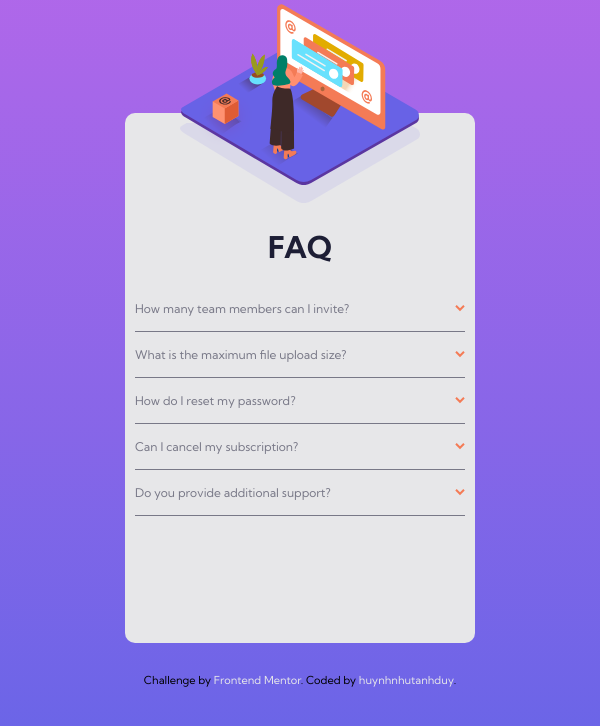
Repository: huynhnhutanhduy/faq-accordion-card
Page: index.html
The author's editor kept a copy of each file at every save. The page is drawn from the files as they stood at one save, then again after the next save.
The browser window is 600 px wide. The pictures show the whole page.

Above is the page before, as saved 2022-10-23 00:12:45.

### index.html
<!DOCTYPE html>
<html lang="en">
  <head>
    <meta charset="UTF-8" />
    <meta name="viewport" content="width=device-width, initial-scale=1.0" />
    <link rel="icon" type="image/png" sizes="32x32" href="./images/favicon-32x32.png" />
    <title>Frontend Mentor | FAQ Accordion Card</title>
    <link rel="preconnect" href="https://fonts.googleapis.com" />
    <link rel="preconnect" href="https://fonts.gstatic.com" crossorigin />
    <link
      href="https://fonts.googleapis.com/css2?family=Kumbh+Sans:wght@400;700&display=swap"
      rel="stylesheet"
    />
    <link rel="stylesheet" href="./app.css" />
  </head>
  <body>
    <main>
      <article class="card">
        <div class="card-media">
          <div class="card-img"></div>
          <img src="./images/illustration-box-desktop.svg" alt="box-icon" class="card-box" />
        </div>
        <div class="card-content">
          <h1 class="card-title">faq</h1>
          <div class="card-list">
            <div class="card-item">
              <div class="card-item__header">
                <span class="card-item__title">How many team members can I invite? </span>
                <img src="./images/icon-arrow-down.svg" alt="" class="card-item__icon" />
              </div>
              <div class="card-item__content">
                <div class="card-item__content-inner">
                  You can invite up to 2 additional users on the Free plan. There is no limit
                  on team members for the Premium plan.
                </div>
              </div>
            </div>
            <div class="card-item">
              <div class="card-item__header">
                <span class="card-item__title">What is the maximum file upload size? </span>
                <img src="./images/icon-arrow-down.svg" alt="" class="card-item__icon" />
              </div>
              <div class="card-item__content">
                <div class="card-item__content-inner">
                  No more than 2GB. All files in your account must fit your allotted storage
                  space.
                </div>
              </div>
            </div>
            <div class="card-item">
              <div class="card-item__header">
                <span class="card-item__title">How do I reset my password? </span>
                <img src="./images/icon-arrow-down.svg" alt="" class="card-item__icon" />
              </div>
              <div class="card-item__content">
                <div class="card-item__content-inner">
                  Click “Forgot password” from the login page or “Change password” from your
                  profile page. A reset link will be emailed to you.
                </div>
              </div>
            </div>
            <div class="card-item">
              <div class="card-item__header">
                <span class="card-item__title">Can I cancel my subscription? </span>
                <img src="./images/icon-arrow-down.svg" alt="" class="card-item__icon" />
              </div>
              <div class="card-item__content">
                <div class="card-item__content-inner">
                  Yes! Send us a message and we’ll process your request no questions asked.
                </div>
              </div>
            </div>
            <div class="card-item">
              <div class="card-item__header">
                <span class="card-item__title">Do you provide additional support? </span>
                <img src="./images/icon-arrow-down.svg" alt="" class="card-item__icon" />
              </div>
              <div class="card-item__content">
                <div class="card-item__content-inner">
                  Chat and email support is available 24/7. Phone lines are open during normal
                  business hours.
                </div>
              </div>
            </div>
          </div>
        </div>
      </article>
    </main>
    <footer class="attribution">
      Challenge by
      <a href="https://www.frontendmentor.io?ref=challenge" target="_blank">Frontend Mentor</a
      >. Coded by <a href="https://github.com/huynhnhutanhduy">huynhnhutanhduy</a>.
    </footer>

    <script src="./app.js"></script>
  </body>
</html>

### app.css
:root {
  --very-dark-desaturated-blue: hsl(238, 29%, 16%);
  --soft-red: hsl(14, 88%, 65%);
  --soft-violet: hsl(273, 75%, 66%);
  --soft-blue: hsl(240, 73%, 65%);
  --very-dark-grayish-blue: hsl(237, 12%, 33%);
  --dark-grayish-blue: hsl(240, 6%, 50%);
  --light-grayish-blue: hsl(240, 5%, 91%);
  --scrollHeight: 45px;
}
* {
  margin: 0;
  padding: 0;
  border: 0;
}
*,
*::before,
*::after,
html {
  box-sizing: border-box;
}
html {
  font-size: 62.5%;
}
body {
  font-size: 1.2rem;
  font-weight: normal;
  font-family: "Kumbh Sans", sans-serif;
  background-image: linear-gradient(var(--soft-violet), var(--soft-blue));
  margin: 0;
  height: 100vh;
  width: 100vw;
  display: grid;
  justify-content: center;
  align-content: center;
}
a {
  text-decoration: none;
}
img {
  display: block;
  max-width: 100%;
}

.attribution {
  font-size: 11px;
  text-align: center;
}
.attribution a {
  color: var(--light-grayish-blue);
}

.card {
  border-radius: 1rem;
  margin-bottom: 3rem;
  background-color: var(--light-grayish-blue);
  height: 510px;
  width: 920px;
  display: grid;
  grid-template-columns: 400px 1fr;
  grid-gap: 5rem;
  background-image: url("./images/bg-pattern-desktop.svg");
  background-repeat: no-repeat;
  background-position: 1260% 65%;
}
.card-media {
  position: relative;
}
.card-img {
  background: url("./images/illustration-woman-online-desktop.svg");
  height: 100%;
  background-repeat: no-repeat;
  background-position: 105% center;
}
.card-box {
  position: absolute;
  top: 42%;
  left: -23%;
}
.card-content {
  padding: 8rem 8rem 9rem 0;
}
.card-title {
  text-transform: uppercase;
  margin-bottom: 2rem;
  font-size: 3rem;
  color: var(--very-dark-desaturated-blue);
}
.card-item {
  padding-top: 1.5rem;
  border-bottom: 1px solid var(--dark-grayish-blue);
}
.card-item__header {
  display: flex;
  justify-content: space-between;
  font-size: 1.5rem;
  padding-bottom: 1.5rem;
  cursor: pointer;
  transition: all 0.25s linear;
  align-items: center;
}
.card-item__icon {
  width: 10px;
  height: 7px;
}
.card-item__header > * {
  pointer-events: none;
}
.card-item__header,
.card-item__content {
  color: var(--dark-grayish-blue);
}
.card-item__header-icon {
  color: var(--soft-red);
}
.card-item__content {
  height: 0;
  overflow: hidden;
  transition: all 0.25s linear;
}
.active span {
  color: var(--very-dark-desaturated-blue);
  font-weight: 700;
}
.active img {
  transform: rotate(180deg);
  transition: all 0.25s linear;
}
.active .card-item__content {
  height: var(--scrollHeight);
}
.card-item__content-inner {
  margin-bottom: 1.5rem;
}
@media screen and (max-width: 1024px) {
  .card {
    width: 70rem;
    height: 45rem;
    grid-template-columns: 300px 1fr;
    grid-gap: 2rem;
    background-position: 500% 65%;
  }
}
@media screen and (max-width: 767px) {
  .card {
    width: 350px;
    grid-template-columns: 1fr;
    grid-template-rows: 100px 1fr;
    grid-gap: 0.5rem;
    height: 530px;
    padding: 1rem;
    position: relative;
  }
  .card-media {
    background: url("./images/bg-pattern-mobile.svg");
    background-repeat: no-repeat;
    background-position: center 590%;
  }
  .card-img {
    position: absolute;
    width: 100%;
    height: 200px;
    background-size: 72%;
    background-position: center;
    top: -129%;
  }
  .card-box {
    width: 55px;
    left: 19%;
    top: -30%;
  }
  .card-content {
    padding: 0;
  }
  .card-title {
    text-align: center;
  }
  .card-item__header {
    font-size: 1.2rem;
  }
}

### app.js
const headers = document.querySelectorAll(".card-item__header");
[...headers].forEach((item) =>
  item.addEventListener("click", function (e) {
    if (e.target.parentNode.classList.contains("active")) {
      e.target.parentNode.classList.toggle("active");
      console.log(1);
    } else {
      headers.forEach((value) => value.parentNode.classList.remove("active"));
      e.target.parentNode.classList.add("active");
      console.log(0);
    }
  })
);

After the next save:
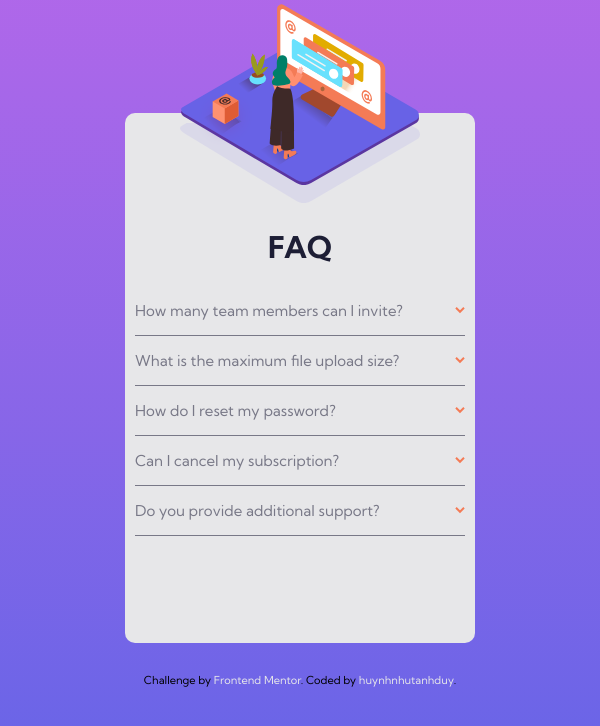
Saved 8 s later.
--- a/app.css
+++ b/app.css
@@ -175,7 +175,4 @@ img {
   .card-title {
     text-align: center;
   }
-  .card-item__header {
-    font-size: 1.2rem;
-  }
 }
